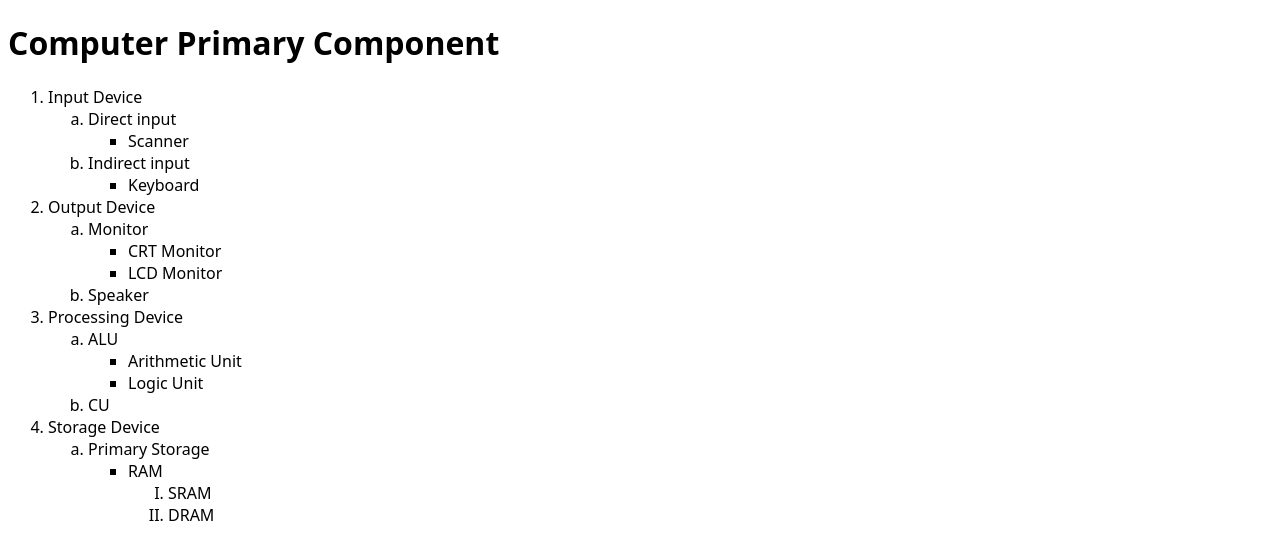
Repository: SharonSebastian32/Nested_List_in_html
Page: index.html
An editor plug-in stored every save of this project. The page is shown before and after the next save, followed by the edit.
The browser window is 1280 px wide. The pictures show the whole page.

Above is the page before, as saved 2024-09-01 07:45:25.

After the next save:
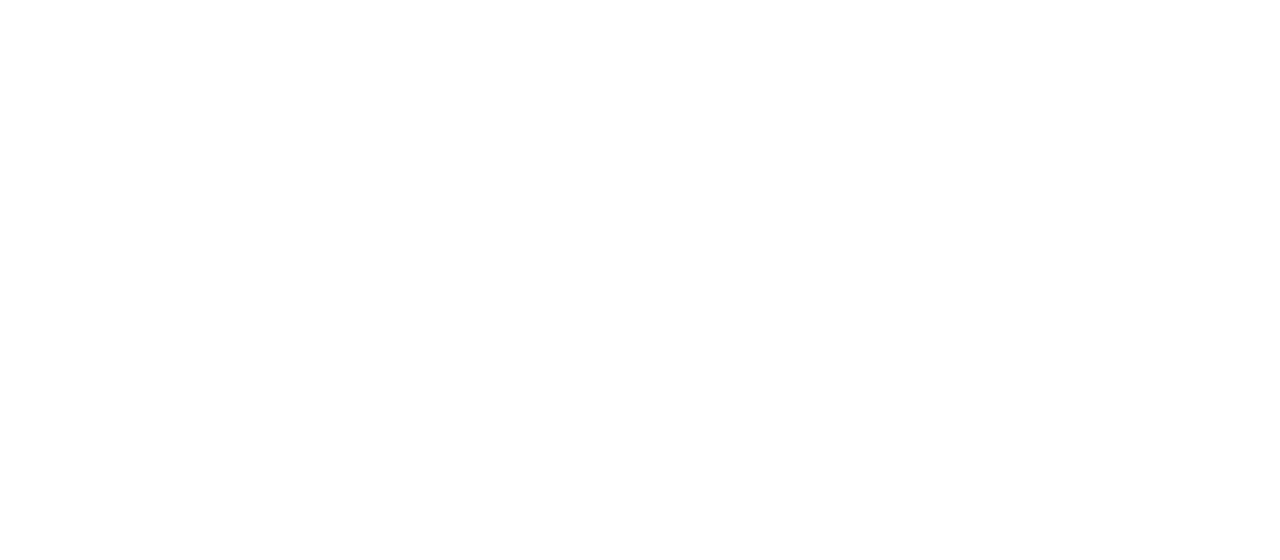
Saved 14 s later.
--- a/index.html
+++ b/index.html
@@ -8,49 +8,6 @@
   </head>
   <body>
     <div></div>
-    <h1>Computer Primary Component</h1>
-    <ol>
-      <li>Input Device</li>
-      <ol type="a">
-        <li>Direct input</li>
-        <ul style="list-style-type: square">
-          <li>Scanner</li>
-        </ul>
-        <li>Indirect input</li>
-        <ul>
-          <li>Keyboard</li>
-        </ul>
-      </ol>
-      <li>Output Device</li>
-      <ol type="a">
-        <li>Monitor</li>
-        <ul>
-          <li>CRT Monitor</li>
-          <li>LCD Monitor</li>
-        </ul>
-        <li>Speaker</li>
-      </ol>
-      <li>Processing Device</li>
-      <ol type="a">
-        <li>ALU</li>
-        <ul>
-          <li>Arithmetic Unit</li>
-          <li>Logic Unit</li>
-        </ul>
-        <ul></ul>
-        <li>CU</li>
-      </ol>
-      <li>Storage Device</li>
-      <ol type="a">
-        <li>Primary Storage</li>
-        <ul>
-          <li>RAM</li>
-          <ol type="I">
-            <li>SRAM</li>
-            <li>DRAM</li>
-          </ol>
-        </ul>
-      </ol>
-    </ol>
+
   </body>
 </html>

After the save that followed:
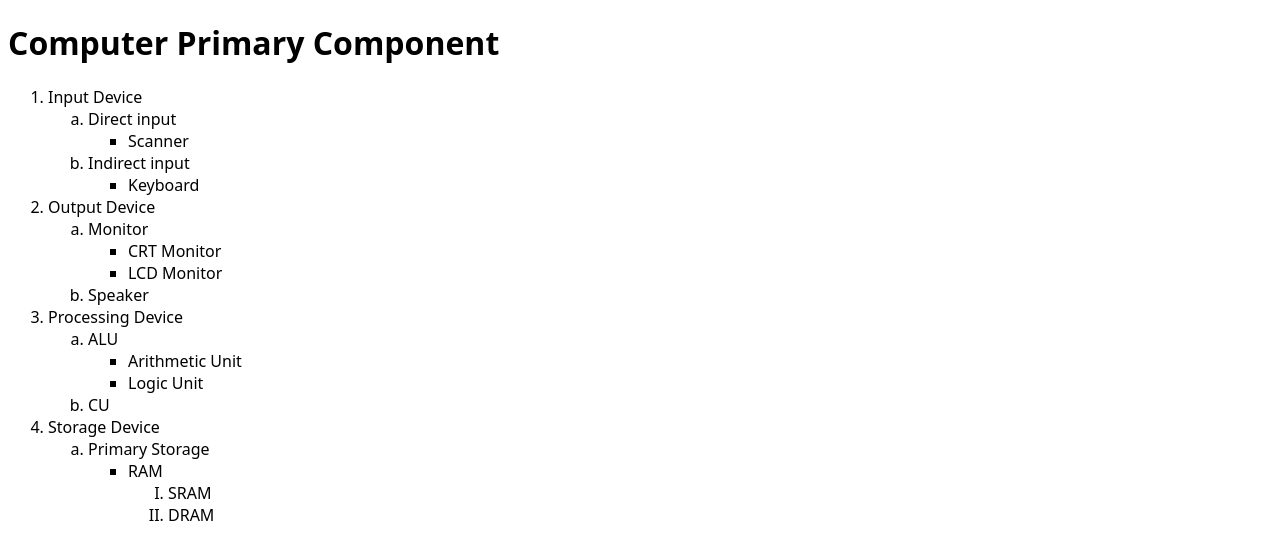
Saved 4 s later.
--- a/index.html
+++ b/index.html
@@ -7,7 +7,52 @@
     <link rel="stylesheet" href="./Styles/Styles.css" />
   </head>
   <body>
-    <div></div>
+    <div>
+        <h1>Computer Primary Component</h1>
+    <ol>
+      <li>Input Device</li>
+      <ol type="a">
+        <li>Direct input</li>
+        <ul style="list-style-type: square">
+          <li>Scanner</li>
+        </ul>
+        <li>Indirect input</li>
+        <ul>
+          <li>Keyboard</li>
+        </ul>
+      </ol>
+      <li>Output Device</li>
+      <ol type="a">
+        <li>Monitor</li>
+        <ul>
+          <li>CRT Monitor</li>
+          <li>LCD Monitor</li>
+        </ul>
+        <li>Speaker</li>
+      </ol>
+      <li>Processing Device</li>
+      <ol type="a">
+        <li>ALU</li>
+        <ul>
+          <li>Arithmetic Unit</li>
+          <li>Logic Unit</li>
+        </ul>
+        <ul></ul>
+        <li>CU</li>
+      </ol>
+      <li>Storage Device</li>
+      <ol type="a">
+        <li>Primary Storage</li>
+        <ul>
+          <li>RAM</li>
+          <ol type="I">
+            <li>SRAM</li>
+            <li>DRAM</li>
+          </ol>
+        </ul>
+      </ol>
+    </ol>
+    </div>
 
   </body>
 </html>
